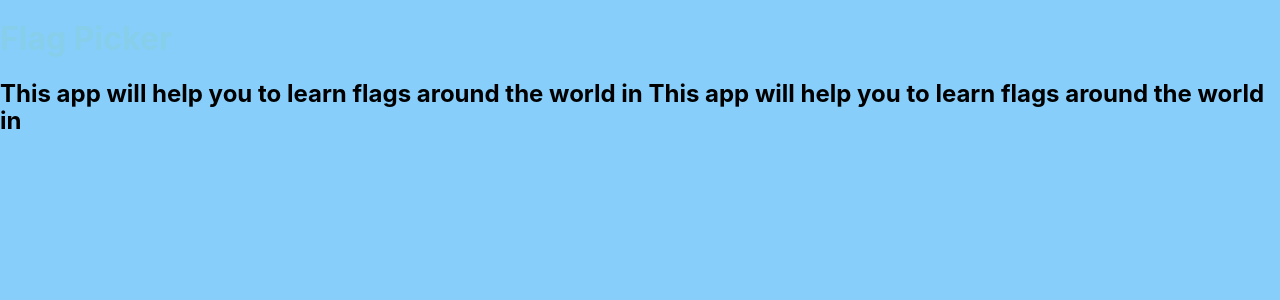
Repository: paras-shah/flag-app
Page: /
The author's editor kept a copy of each file at every save. The page is drawn from the files as they stood at one save, then again after the next save.
The browser window is 1280 px wide. The pictures show the whole page.
The project was rebuilt for these pictures with package versions that can differ from the ones it lists, and the page was loaded fresh each time.

Above is the page before, as saved 2020-02-11 21:30:13.

After the next save:
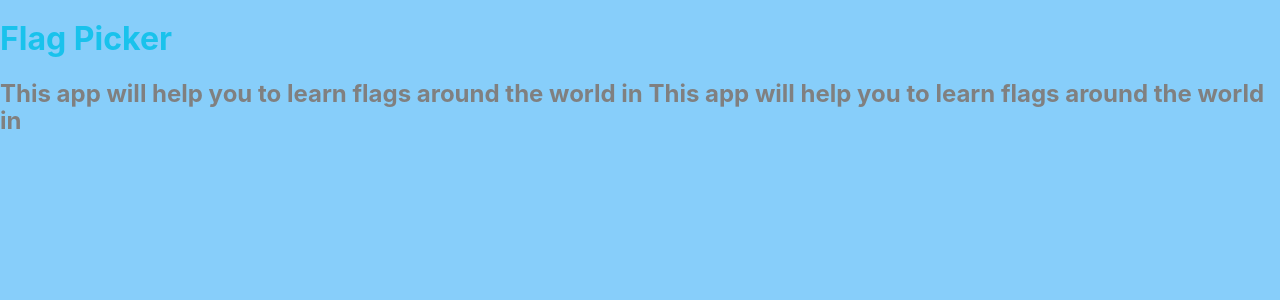
Saved 97 s later.
--- a/src/style/index.css
+++ b/src/style/index.css
@@ -6,7 +6,7 @@ body {
     sans-serif;
   -webkit-font-smoothing: antialiased;
   -moz-osx-font-smoothing: grayscale;
-  background-color: lightskyblue;
+  background-color: rgb(135, 206, 250);
 }
 
 .app-main{
@@ -16,9 +16,10 @@ body {
 
 h1{
   font-size: "30px";
-  color: skyblue;
+  color: rgb(25, 194, 236);
 }
 
 h2{
   font-size: "20px";
+  color: grey;
 }
